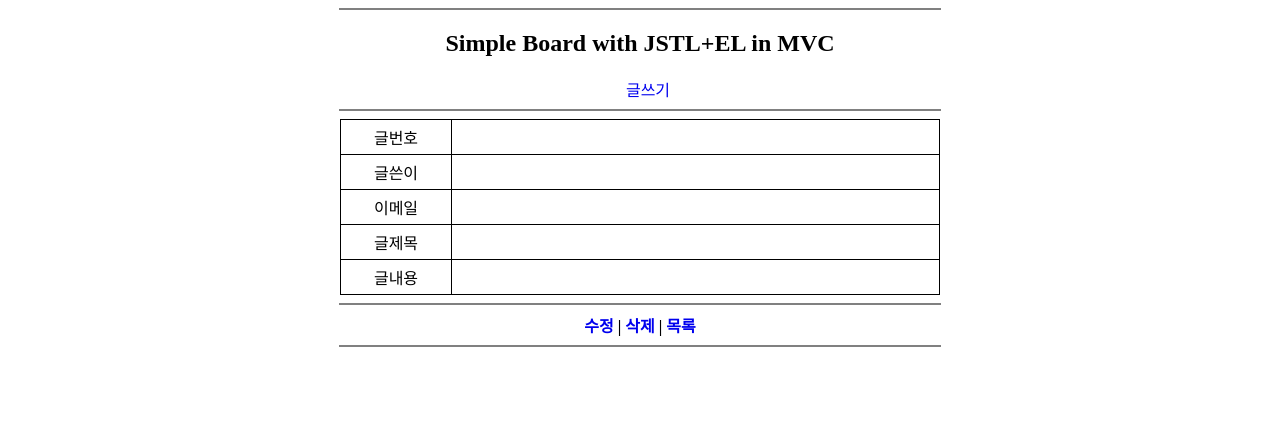
Repository: betweenhj702/Web-App-Server-Practices
Page: http://localhost/MvcPj/sm_file/content.jsp
These files come from the project's save history. The page is drawn as it stood at one moment and after the next save; the edit follows.
The browser window is 1280 px wide. The pictures show the whole page.
The page is served by Tomcat 9. The template is opened directly, without the code that normally fills it, so the values that code supplies are empty.

Above is the page before, as saved 2021-01-06 15:06:26.

After the next save:
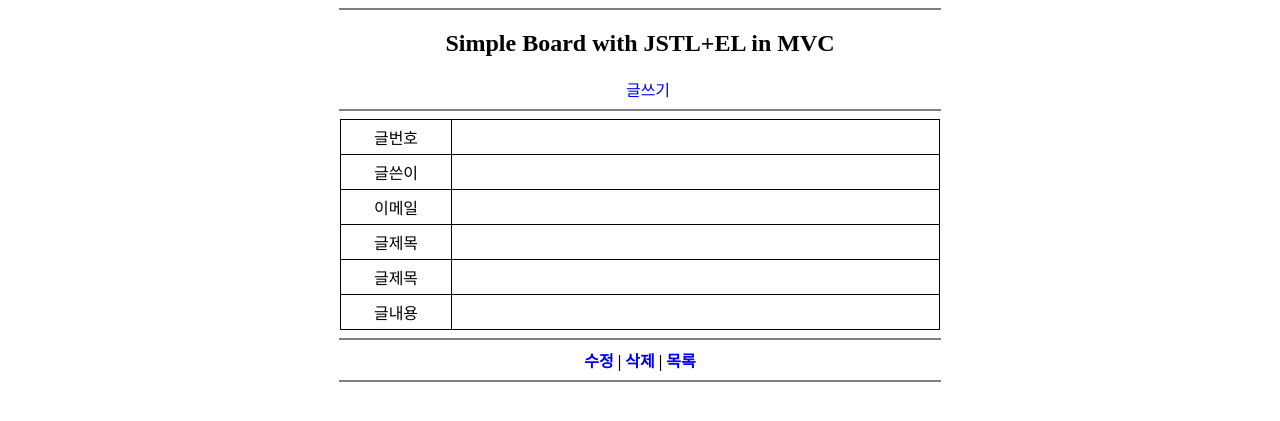
Saved 45 s later.
--- a/workspace/MvcPj/WebContent/sm_file/content.jsp
+++ b/workspace/MvcPj/WebContent/sm_file/content.jsp
@@ -27,6 +27,9 @@
 <td align='center'>글제목</td>
 <td>${selectCon.subject}</td>
 </tr>
+<td align='center'>글제목</td>
+<td>${selectCon.subject}</td>
+</tr>
 <tr>
 <td align='center'>글내용</td>
 <td>${selectCon.content}</td>
